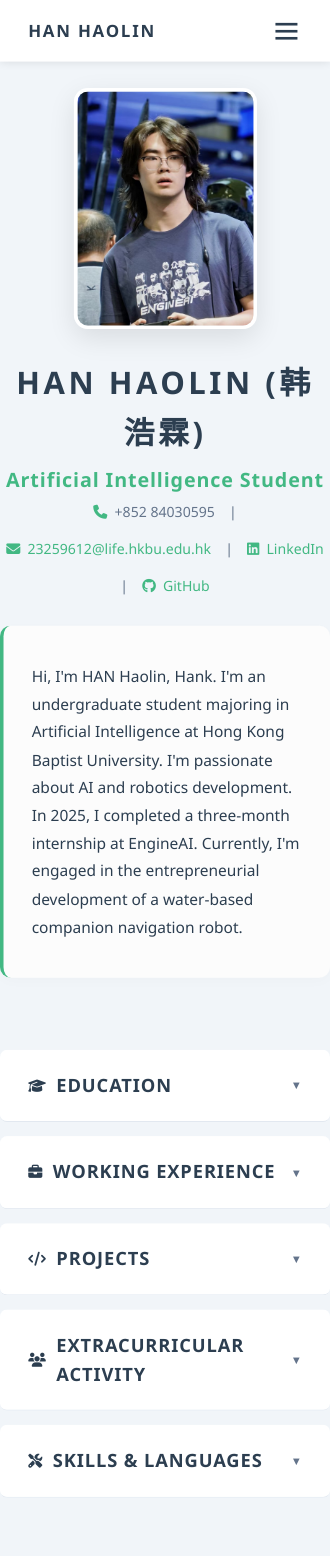
Repository: hhl2802149944-afk/hhl2802149944-afk.github.io
Page: /
These files come from the project's save history. The page is drawn as it stood at one moment and after the next save; the edit follows.
The browser window is 375 px wide. The pictures show the whole page, at 88% of full size.
The project was rebuilt for these pictures with package versions that can differ from the ones it lists, and the page was loaded fresh each time. Also part of the build but not shown: vite.config.js, src/components/ProjectCard.vue, src/views/MantaRoboticView.vue.

Above is the page before, as saved 2026-01-22 11:14:48.

After the next save:
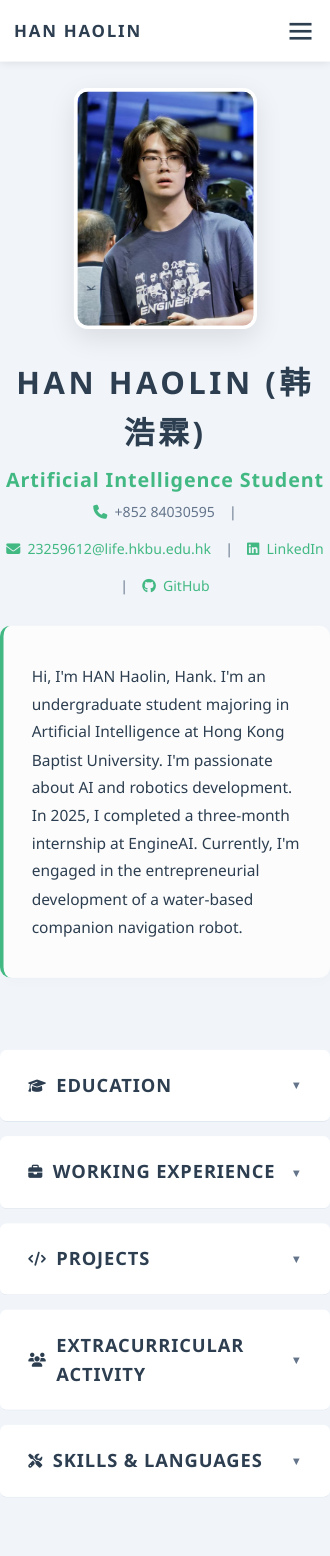
Saved 4 s later.
--- a/src/components/NavBar.vue
+++ b/src/components/NavBar.vue
@@ -178,4 +178,10 @@ const goToMantaRobotic = () => {
     display: block;
   }
 }
+
+@media screen and (max-width: 480px) {
+  .nav-container {
+    padding: 0 1rem;
+  }
+}
 </style>
